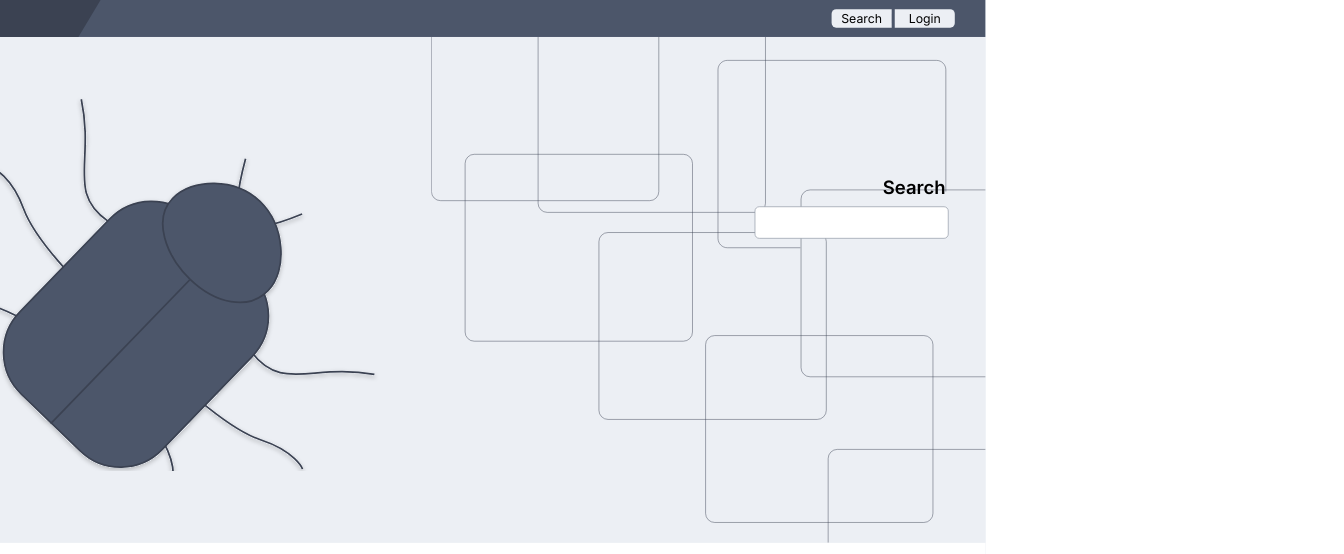
Repository: Qu4ntumGuy/project-bug
Page: /
An editor plug-in stored every save of this project. The page is shown before and after the next save, followed by the edit.
The browser window is 1280 px wide. The page is 1280 px wide, then 1745 px, so the pictures cover 1745 px, including what lies to the right of the window. The pictures show the whole page, at 77% of full size.
The project was rebuilt for these pictures with package versions that can differ from the ones it lists, and the page was loaded fresh each time. The framework's server and built-in components were replaced by stand-ins that run in the browser. Also part of the build but not shown: next.config.mjs.

Above is the page before, as saved 2024-02-12 00:03:31.

After the next save:
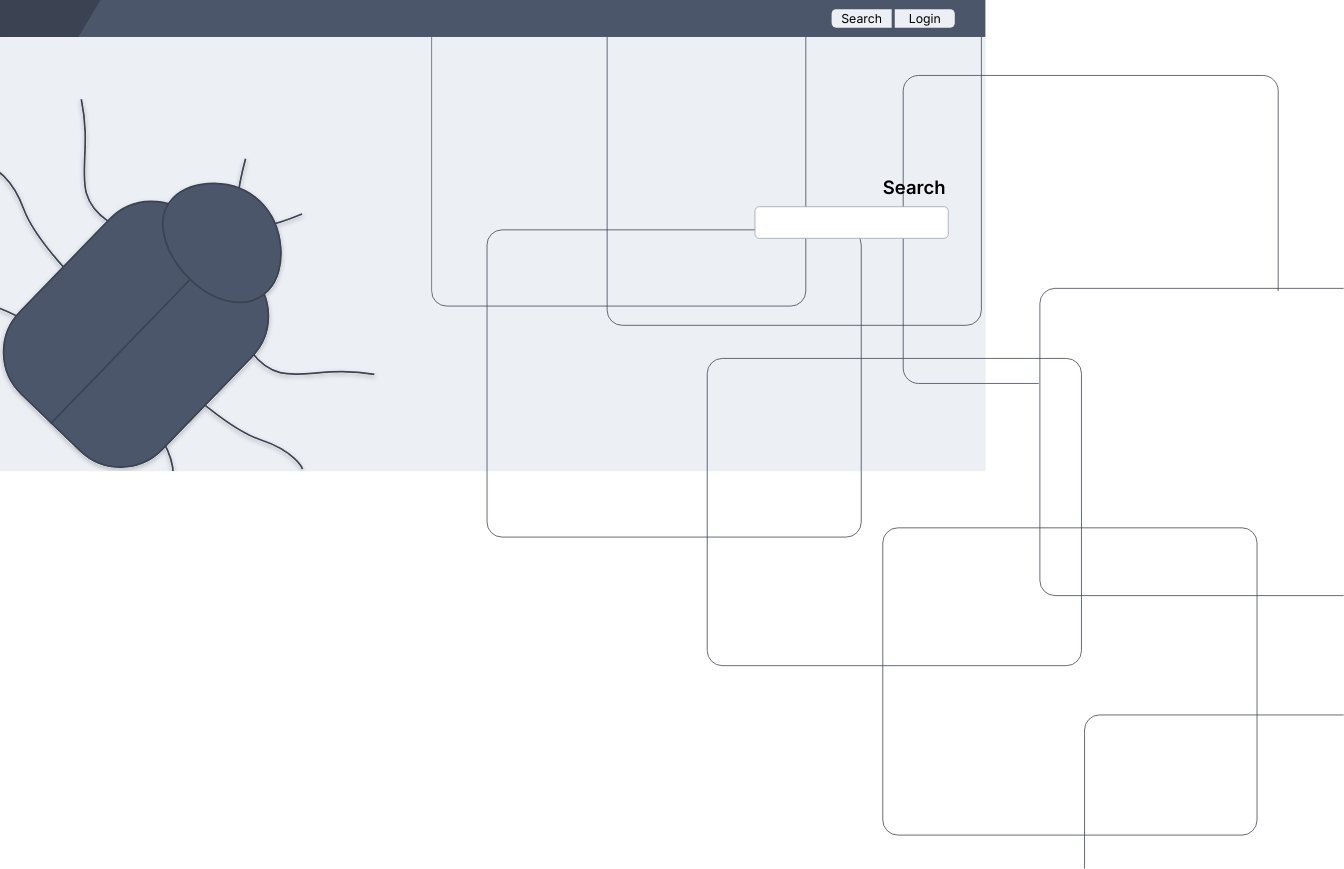
Saved 76 s later.
--- a/src/app/page.js
+++ b/src/app/page.js
@@ -16,7 +16,7 @@ export default function Home() {
           <Image className="w-full" src={bug} alt="bug" />
         </div>
         <div className="w-full">
-          <Image className="" src={bgdesign} alt="bgdesign" />
+          <Image className="absolute" src={bgdesign} alt="bgdesign" />
         </div>
         <div className="absolute right-0 top-[30%]">
           <form className="flex flex-col justify-end items-end m-3 mr-10">
